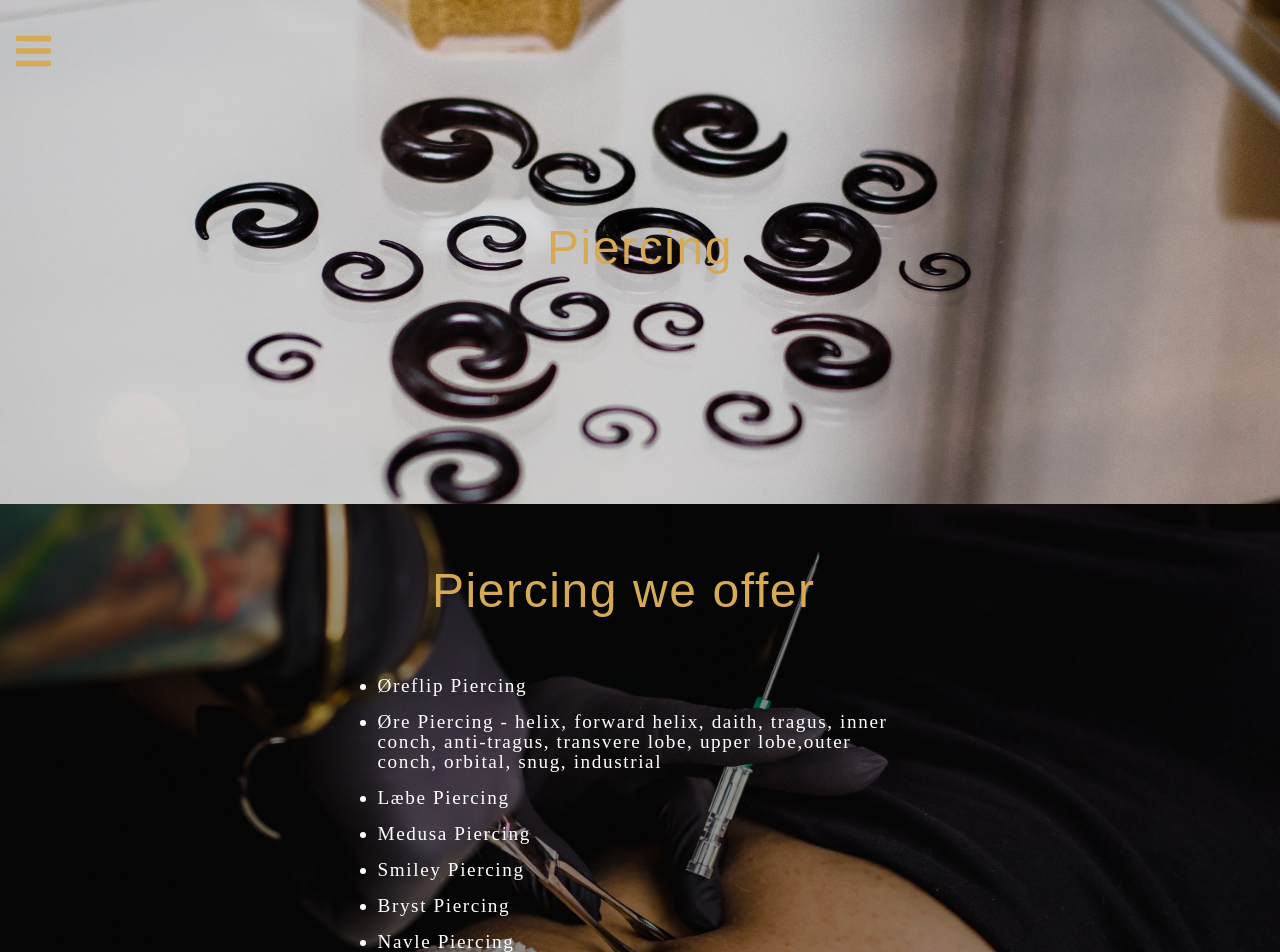
Repository: Spreceriany/TattooWeb
Page: piercing-en.html
These files come from the project's save history. The page is drawn as it stood at one moment and after the next save; the edit follows.
The browser window is 1280 px wide. The pictures show the part of the page from y = 0 to 952 px (the page is 3082 px tall).
A picture or video elsewhere on the page could not be fetched, so the positions and the page height are approximate. Some web fonts or font styles are not loaded; a fallback is used. Some web libraries are served in a nearby version.

Above is the page before, as saved 2020-04-10 12:31:13.
Console error: TypeError: Cannot read properties of null (reading 'addEventListener')

After the next save:
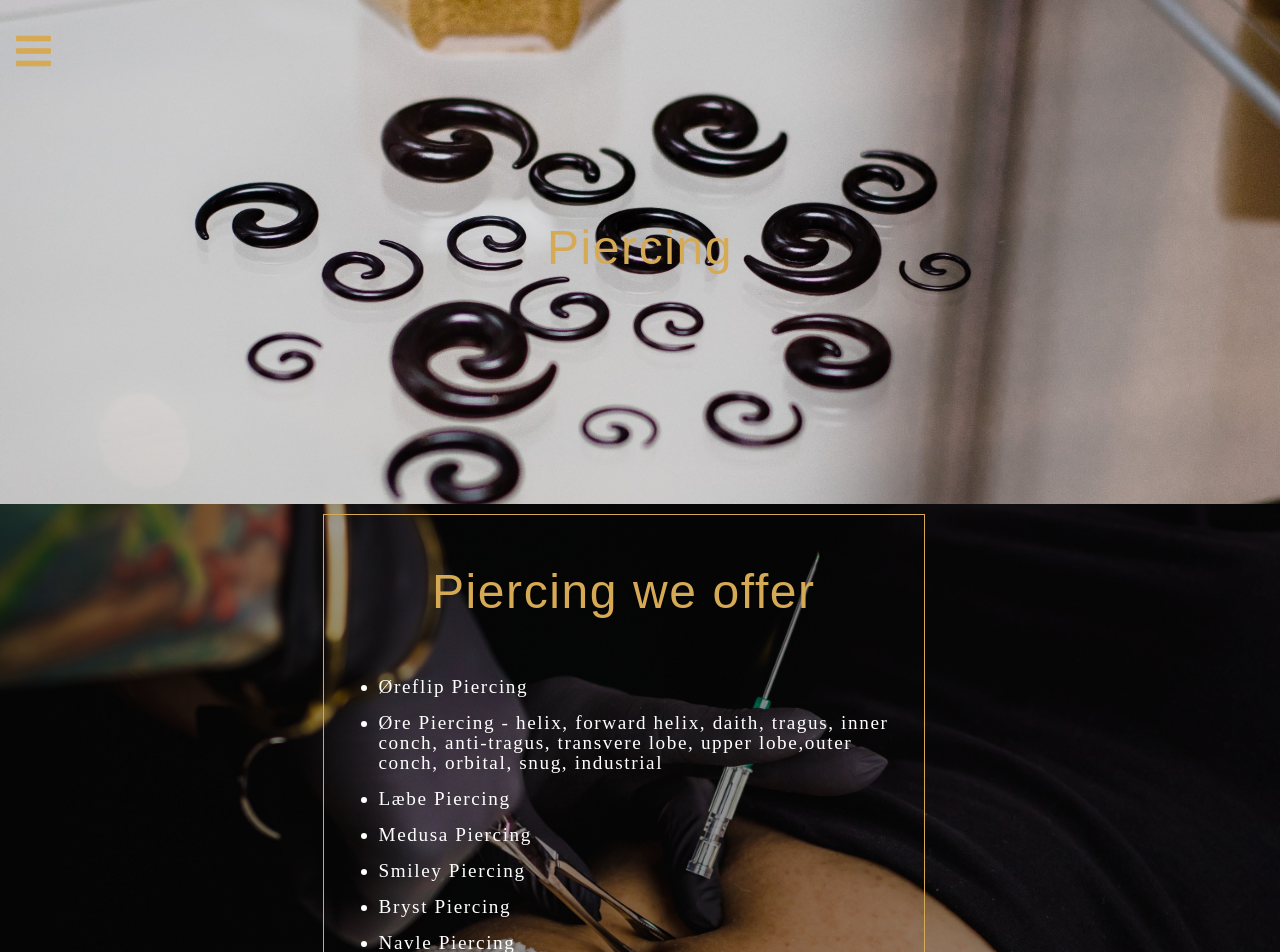
Saved 118 min 15 s later.
--- a/piercing-en.html
+++ b/piercing-en.html
@@ -76,7 +76,7 @@
         <div class="offset-0 offset-md-3">
 
         </div>
-        <div class="col-12 col-md-6">
+        <div class="col-12 col-md-6" style="border: 1px solid #d6aa55;">
           <div>
             <h2 class="text-center gold site-section-heading2 pt-5">Piercing we offer</h2>
           <ul class="text-left fa-ul pt-5 py-5 text-white">
